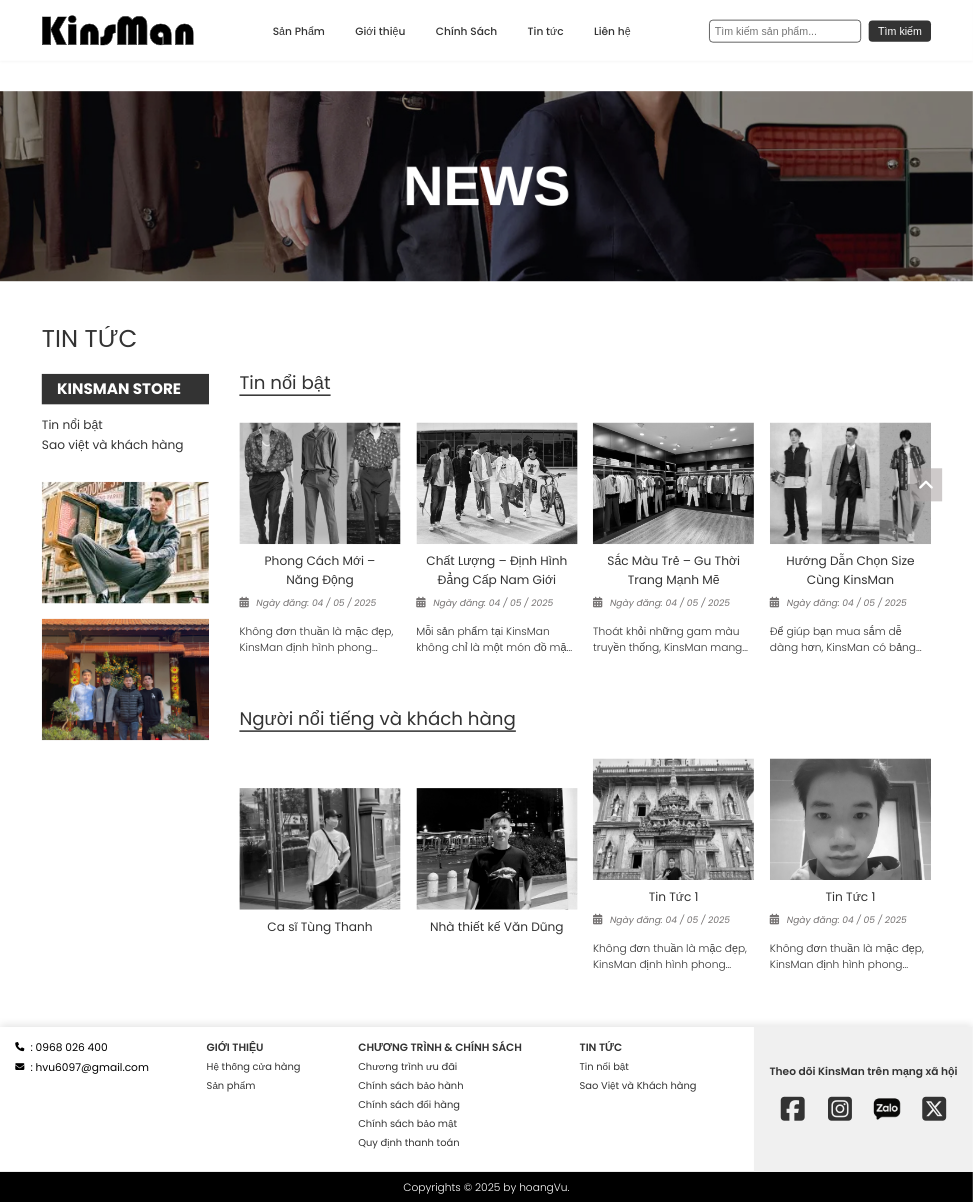
Repository: hoang28092000/kinsmanClothes
Page: category/news.html
These files come from the project's save history. The page is drawn as it stood at one moment and after the next save; the edit follows.
The browser window is 1280 px wide. The pictures show the whole page, at 76% of full size.

Above is the page before, as saved 2025-05-08 14:55:46.
Console error: TypeError: Cannot read properties of null (reading 'addEventListener')

### category/news.html
<!DOCTYPE html>
<html lang="en">
  <head>
    <meta charset="UTF-8" />
    <meta name="viewport" content="width=device-width, initial-scale=1.0" />
    <link rel="preconnect" href="https://fonts.googleapis.com" />
    <link rel="preconnect" href="https://fonts.gstatic.com" crossorigin />
    <link
      href="https://fonts.googleapis.com/css2?family=Poppins:ital,wght@0,100;0,200;0,300;0,400;0,500;0,600;0,700;0,800;0,900;1,100;1,200;1,300;1,400;1,500;1,600;1,700;1,800;1,900&display=swap"
      rel="stylesheet"
    />
    <link
      rel="stylesheet"
      href="https://cdnjs.cloudflare.com/ajax/libs/font-awesome/6.7.2/css/all.min.css"
      integrity="sha512-Evv84Mr4kqVGRNSgIGL/F/aIDqQb7xQ2vcrdIwxfjThSH8CSR7PBEakCr51Ck+w+/U6swU2Im1vVX0SVk9ABhg=="
      crossorigin="anonymous"
      referrerpolicy="no-referrer"
    />
    <link rel="stylesheet" href="../css/reset.css" />
    <link rel="stylesheet" href="../css/main.css" />
    <link rel="stylesheet" href="../css/product.css" />
    <title>KinsMan-Policy</title>
  </head>
  <body>
    <header class="header">
      <div class="container">
        <div class="content-header">
          <div class="logo">
            <a href="../index.html">
              <img
                src="../asset/logo/logo-kinsmann.svg"
                alt="KinsManClothes Logo"
              />
            </a>
          </div>
          <nav class="nav">
            <ul>
              <li><a href="./product.html">Sản Phẩm</a></li>
              <li><a href="./about-us.html">Giới thiệu</a></li>
              <li><a href="#">Chính Sách</a></li>
              <li><a href="./news.html">Tin tức</a></li>
              <li><a href="./contact.html">Liên hệ</a></li>
            </ul>
          </nav>
          <div class="search-box">
            <input type="text" placeholder="Tìm kiếm sản phẩm..." />
            <button type="submit">Tìm kiếm</button>
          </div>
        </div>
      </div>
    </header>

    <main class="main-news">
      <div class="banner-news">
        <img src="../asset/banner/banner-9.png" alt="" />
      </div>
      <div class="container">
        <h2 class="title-heading title-contact">TIN TỨC</h2>
        <div class="content-news">
          <div class="left">
            <h4>KINSMAN STORE</h4>
            <p>
              <a href="#featured-news">Tin nổi bật</a>
            </p>
            <p>
              <a href="#client">Sao việt và khách hàng</a>
            </p>
            <div class="mt40px">
              <div class="banner-left">
                <img src="../asset/image/md-1.jpg" alt="" />
              </div>
              <div class="banner-left">
                <img src="../asset/image/md-2.jpg" alt="" />
              </div>
            </div>
          </div>
          <div class="right">
            <div class="body-news" id="featured-news">
              <h3 class="blog-heading">Tin nổi bật</h3>
              <div class="list-news">
                <article class="card-news">
                  <a href="">
                    <div class="img-news">
                      <img src="../asset/image/news-4.png" alt="" />
                    </div>
                    <h3 class="name-news">
                      <a href=""> Phong Cách Mới – Năng Động </a>
                    </h3>
                  </a>
                  <div class="desc">
                    <div class="time-up">
                      <i class="fa-solid fa-calendar-days icon-time"></i>
                      <p class="desc-time">Ngày đăng: 04 / 05 / 2025</p>
                    </div>
                    <p class="desc_card-news">
                      Không đơn thuần là mặc đẹp, KinsMan định hình phong cách
                      mới cho nam giới hiện đại: trẻ trung, khỏe khoắn và luôn
                      sẵn sàng bứt phá. Từ áo thun basic đến sơ mi phối phá
                      cách, mọi thiết kế đều hướng tới sự năng động trong từng
                      chi tiết. Đặc biệt phù hợp với những chàng trai thích sự
                      đơn giản nhưng vẫn “ăn điểm” trước đám đông.
                    </p>
                  </div>
                </article>
                <article class="card-news">
                  <a href="">
                    <div class="img-news">
                      <img src="../asset/image/news-2.webp" alt="" />
                    </div>
                    <h3 class="name-news">
                      <a href=""> Chất Lượng – Định Hình Đẳng Cấp Nam Giới </a>
                    </h3>
                  </a>
                  <div class="desc">
                    <div class="time-up">
                      <i class="fa-solid fa-calendar-days icon-time"></i>
                      <p class="desc-time">Ngày đăng: 04 / 05 / 2025</p>
                    </div>
                    <p class="desc_card-news">
                      Mỗi sản phẩm tại KinsMan không chỉ là một món đồ mặc
                      ngoài, mà là một phần của giá trị cá nhân. Chất vải cao
                      cấp, form chuẩn và đường may tinh tế giúp tôn lên vóc dáng
                      nam tính. Đó là lý do vì sao KinsMan luôn được khách hàng
                      chọn mặt gửi vàng khi cần sự chỉn chu và đẳng cấp trong
                      từng set đồ – từ công sở đến tiệc tùng.
                    </p>
                  </div>
                </article>
                <article class="card-news">
                  <a href="">
                    <div class="img-news">
                      <img src="../asset/image/news-3.jpg" alt="" />
                    </div>
                    <h3 class="name-news">
                      <a href=""> Sắc Màu Trẻ – Gu Thời Trang Mạnh Mẽ </a>
                    </h3>
                  </a>
                  <div class="desc">
                    <div class="time-up">
                      <i class="fa-solid fa-calendar-days icon-time"></i>
                      <p class="desc-time">Ngày đăng: 04 / 05 / 2025</p>
                    </div>
                    <p class="desc_card-news">
                      Thoát khỏi những gam màu truyền thống, KinsMan mang đến bộ
                      sưu tập với tông màu hiện đại, trẻ trung nhưng không mất
                      đi vẻ mạnh mẽ. Từ xanh navy, beige, olive đến đen tuyền –
                      mỗi màu sắc đều phản ánh gu thẩm mỹ cá tính và phong cách
                      riêng của người mặc. Bạn muốn nổi bật nhưng không lố? Hãy
                      để sắc màu KinsMan giúp bạn làm điều đó.
                    </p>
                  </div>
                </article>
                <article class="card-news">
                  <a href="">
                    <div class="img-news">
                      <img src="../asset/image/news-1.jpeg" alt="" />
                    </div>
                    <h3 class="name-news">
                      <a href="">
                        Hướng Dẫn Chọn Size Cùng KinsMan
                      </a>
                    </h3>
                  </a>
                  <div class="desc">
                    <div class="time-up">
                      <i class="fa-solid fa-calendar-days icon-time"></i>
                      <p class="desc-time">Ngày đăng: 04 / 05 / 2025</p>
                    </div>
                    <p class="desc_card-news">
                      Để giúp bạn mua sắm dễ dàng hơn, KinsMan có bảng size
                      chuẩn quốc tế và đội ngũ hỗ trợ chọn size theo số đo cơ
                      thể. Chỉ cần biết chiều cao và cân nặng, bạn sẽ được tư
                      vấn ngay size phù hợp (S – M – L – XL...). Ngoài ra, nếu
                      không vừa, bạn có thể đổi size trong 7 ngày mà không mất
                      phí
                    </p>
                  </div>
                </article>
              </div>
            </div>
            <div class="body-news" id="client">
              <h3 class="blog-heading">Người nổi tiếng và khách hàng</h3>
              <div class="list-news">
                <article class="card-news">
                  <a href="">
                    <div class="img-news">
                      <img src="../asset/image/celep-1.jpg" alt="" />
                    </div>
                    <h3 class="name-news"><a href=""> Ca sĩ Tùng Thanh </a></h3>
                  </a>

                </article>
                <article class="card-news">
                  <a href="">
                    <div class="img-news">
                      <img src="../asset/image/celep-3.jpg" alt="" />
                    </div>
                    <h3 class="name-news"><a href=""> Nhà thiết kế Văn Dũng </a></h3>
                  </a>

                </article>
                <article class="card-news">
                  <a href="">
                    <div class="img-news">
                      <img src="../asset/image/celep-5.jpg" alt="" />
                    </div>
                    <h3 class="name-news"><a href=""> Tin Tức 1 </a></h3>
                  </a>
                  <div class="desc">
                    <div class="time-up">
                      <i class="fa-solid fa-calendar-days icon-time"></i>
                      <p class="desc-time">Ngày đăng: 04 / 05 / 2025</p>
                    </div>
                    <p class="desc_card-news">
                      Không đơn thuần là mặc đẹp, KinsMan định hình phong cách
                      mới cho nam giới hiện đại: trẻ trung, khỏe khoắn và luôn
                      sẵn sàng bứt phá. Từ áo thun basic đến sơ mi phối phá
                      cách, mọi thiết kế đều hướng tới sự năng động trong từng
                      chi tiết. Đặc biệt phù hợp với những chàng trai thích sự
                      đơn giản nhưng vẫn “ăn điểm” trước đám đông.
                    </p>
                  </div>
                </article>
                <article class="card-news">
                  <a href="">
                    <div class="img-news">
                      <img src="../asset/image/celep-7.jpg" alt="" />
                    </div>
                    <h3 class="name-news"><a href=""> Tin Tức 1 </a></h3>
                  </a>
                  <div class="desc">
                    <div class="time-up">
                      <i class="fa-solid fa-calendar-days icon-time"></i>
                      <p class="desc-time">Ngày đăng: 04 / 05 / 2025</p>
                    </div>
                    <p class="desc_card-news">
                      Không đơn thuần là mặc đẹp, KinsMan định hình phong cách
                      mới cho nam giới hiện đại: trẻ trung, khỏe khoắn và luôn
                      sẵn sàng bứt phá. Từ áo thun basic đến sơ mi phối phá
                      cách, mọi thiết kế đều hướng tới sự năng động trong từng
                      chi tiết. Đặc biệt phù hợp với những chàng trai thích sự
                      đơn giản nhưng vẫn “ăn điểm” trước đám đông.
                    </p>
                  </div>
                </article>
              </div>
            </div>
          </div>
        </div>
      </div>
    </main>
    <footer class="footer">
      <div class="content-footer">
        <ul class="info-footer">
          <li class="contact-footer">
            <i class="fa-solid fa-phone icon-footer"></i>
            <p>: 0968 026 400</p>
          </li>
          <li class="contact-footer">
            <i class="fa-solid fa-envelope icon-footer"></i>
            <p>: hvu6097@gmail.com</p>
          </li>
        </ul>
        <ul class="info-footer">
          <li class="title-footer">GIỚI THIỆU</li>
          <li>
            <a href="./about-us.html"> Hệ thống cửa hàng </a>
          </li>
          <li>
            <a href="#"> Sản phẩm </a>
          </li>
        </ul>
        <ul class="info-footer">
          <li class="title-footer">CHƯƠNG TRÌNH & CHÍNH SÁCH</li>
          <li>
            <a href="./policy.html">Chương trình ưu đãi</a>
          </li>
          <li>
            <a href="./policy.html">Chính sách bảo hành</a>
          </li>
          <li>
            <a href="./policy.html">Chính sách đổi hàng</a>
          </li>
          <li>
            <a href="./policy.html">Chính sách bảo mật</a>
          </li>
          <li>
            <a href="./policy.html">Quy định thanh toán</a>
          </li>
        </ul>
        <ul class="info-footer">
          <li class="title-footer">TIN TỨC</li>
          <li>
            <a href="./news.html">Tin nổi bật</a>
          </li>
          <li>
            <a href="./news.html">Sao Việt và Khách hàng</a>
          </li>
        </ul>
        <ul class="footer-social">
          <li class="title-footer">Theo dõi KinsMan trên mạng xã hội</li>
          <li class="links-social">
            <a href="https://www.facebook.com/profile.php?id=100008725181742">
              <i class="fa-brands fa-square-facebook icon-social"></i>
            </a>
            <a href="https://www.instagram.com/hoagkins/"
              ><i class="fa-brands fa-square-instagram icon-social"></i
            ></a>
            <a href="zalo.me/0968026400"
              ><img
                src="../asset/icon/icon-zalo2.png"
                class="img-zalo"
                alt="ZALO"
            /></a>
            <a href="https://x.com/kinsman2809"
              ><i class="fa-brands fa-square-x-twitter icon-social"></i
            ></a>
          </li>
        </ul>
      </div>
      <div class="copy_right">
        <h3>Copyrights © 2025 by hoangVu.</h3>
      </div>
    </footer>

    <div class="up-page">
      <a href="#"><i class="fa-solid fa-angle-up icon-up"></i></a>
    </div>

    <script src="./js/main.js"></script>
  </body>
</html>

### css/product.css
.main-product {
  margin-top: 80px;
}
.banner-product {
  width: 100%;
  height: 250px;
}
.banner-product img {
  width: 100%;
  height: 100%;
}
.category-product {
  margin-bottom: 70px;
}

.list-product {
  display: flex;
  justify-content: space-between;
  align-items: center;
  gap: 30px;
}
.product-link {
  text-decoration: none;
}
.product-card {
  width: 288px;
}
.img-product {
  width: 100%;
  height: 290px;
  overflow: hidden;
}
.img-product img {
  width: 100%;
  height: 100%;
  transition: transform 0.3s ease;
}
.img-product img:hover {
  transform: scale(1.1);
}
.info-card {
  padding: 10px 20px;
}
.info-card h3 {
  text-align: center;
  font-size: 1.6rem;
  color: var(--text-color);
}
.price {
  font-size: 1.4rem;
  color: var(--primary-color);
  font-weight: 600;
  text-align: center;
  margin-top: 8px;
}
.more-product {
  width: 160px;
  height: 40px;
  display: flex;
  justify-content: center;
  align-items: center;
  margin: 30px auto 0;
  background-color: #333;
  color: #fff;
  text-decoration: none;
  font-size: 1.4rem;
  border: 1px solid #333;
  transition: all 0.7s ease;
  border-radius: 5px;
}
.more-product:hover {
  background-color: #fff;
  color: #333;
}
.banner-main_second {
  width: 100%;
  height: 250px;
}

.banner-main_second img {
  width: 100%;
  height: 100%;
}

/* main_about-us */
.main-news,
.main-contact,
.main-policy,
.main_about-us {
  margin-top: 120px;
}
.content-policy .passage,
.content_about-us .passage {
  margin-bottom: 32px;
}
.content-policy h3,
.content_about-us h3 {
  font-size: 1.8rem;
  font-weight: 500;
  color: var(--text-color);
  line-height: 1.76;
  margin-bottom: 12px;
}
.content-policy p,
.content_about-us p {
  font-size: 1.6rem;
  color: #333;
  line-height: 1.85;
  margin-bottom: 10px;
  text-align: justify;
}

.map {
  position: relative;
  width: 100%;
  height: 400px;
  margin-top: 40px;
}
.map a {
  text-decoration: none;
}
.map img {
  width: 100%;
  height: 100%;
  object-fit: cover;
}
.overlay-map {
  position: absolute;
  top: 0;
  bottom: 0;
  right: 0;
  left: 0;
  display: none;
  background-color: rgba(73, 71, 71, 0.4);
}
.overlay-map h3 {
  font-size: 2.8rem;
  color: #fff;
}

.map:hover .overlay-map {
  display: flex;
  justify-content: center;
  align-items: center;
}

/* policy */
.content-policy ul {
  padding-left: 30px;
  list-style-type: disc;
}
.content-policy li {
  font-size: 1.6rem;
  color: #333;
  margin-bottom: 16px;
}
/* contact */
.banner-contact {
  width: 100%;
  height: 250px;
}
.banner-contact img {
  width: 100%;
  height: 100%;
  object-fit: cover;
}
.content-contact {
  margin-top: 70px;
}
.info-contact {
  display: flex;
  justify-content: space-between;
  align-items: center;
  gap: 60px;
}
.info-contact .left,
.info-contact .right {
  width: 550px;
}
.info-contact .left {
  padding: 20px 0;
}
.item-contact {
  display: flex;
  align-items: center;
  gap: 10px;
  margin-bottom: 20px;
}
.item-contact:last-child {
  margin-bottom: 0;
}
.item-contact i {
  font-size: 1.6rem;
  color: #333;
}
.item-contact p {
  font-size: 1.6rem;
  font-weight: 300;
  color: #333;
}

.info-contact .right img {
  width: 100%;
}
.map-contact {
  height: 250px;
}
.title-contact {
  text-align: start;
  margin-bottom: 30px;
}

/* news */
.banner-news {
  width: 100%;
  height: 250px;
  margin-bottom: 60px;
}
.banner-news img {
  width: 100%;
  height: 100%;
  object-fit: cover;
}
.content-news {
  display: flex;
  justify-content: space-between;
}
.content-news .left {
  width: 220px;
}

.content-news .left h4 {
  width: 100%;
  font-size: 2rem;
  color: #fff;
  font-weight: 700;
  background-color: #333;
  padding: 10px 20px;
  margin-bottom: 20px;
}

.content-news .left p{
  margin-bottom: 10px;
}
.content-news .left a {
  text-decoration: none;
  font-size: 1.6rem;
  color: #333;
}
.content-news .left a:hover {
  text-decoration: underline;
}

.content-news .right {
  flex: 1;
  margin-left: 40px;
}
.blog-heading {
  font-size: 2.4rem;
  color: #333;
  text-decoration: underline;
  text-underline-offset: 7px;
  text-decoration-thickness: 2px;
  margin-bottom: 40px;
}
.list-news {
  display: grid;
  grid-template-columns: repeat(4, 212px);
  gap: 20px;
}
.list-news .card-news {
  width: 100%;
}

.list-news .img-news {
  width: 100%;
  height: 160px;
  overflow: hidden;
}
.list-news .img-news img {
  width: 100%;
  height: 100%;
  object-fit: cover;
  transition: transform 0.3s ease;
}
.list-news .img-news img:hover {
  transform: scale(1.1);
}
.name-news {
  text-align: center;
  padding: 10px;
  line-height: 1.57;
}
.name-news a {
  font-size: 1.6rem;
  color: #333;
  text-decoration: none;
}

.name-news a:hover {
  color: var(--primary-color);
}
.time-up {
  display: flex;
  align-items: center;
  gap: 10px;
  margin-bottom: 20px;
}
.icon-time {
  font-size: 1.4rem;
  color: #757272;
}
.desc-time {
  font-style: italic;
  color: #757272;
  font-size: 1.2rem;
}
.desc_card-news {
  display: -webkit-box;
  -webkit-line-clamp: 2;
  -webkit-box-orient: vertical;
  overflow: hidden;
  text-overflow: ellipsis;
  font-size: 1.4rem;
  color: #333;
  font-weight: 300;
  line-height: 1.57;
}

#client{
  margin-top: 70px;
}
.content-news .banner-left{
  width: 100%;
  height: 160px;
  overflow: hidden;
  margin-bottom: 20px;
}

.content-news .banner-left img{
  width: 100%;
  height: 100%;
  object-fit: cover;
  transition: transform 0.3s ease;
}
.content-news .banner-left img:hover{
  transform: scale(1.1);
}
.mt40px{
  margin-top: 40px;
}

Loaded but not shown: css/reset.css (common file); js/main.js (19 lines, source omitted); css/main.css (480 lines, source omitted)

After the next save:
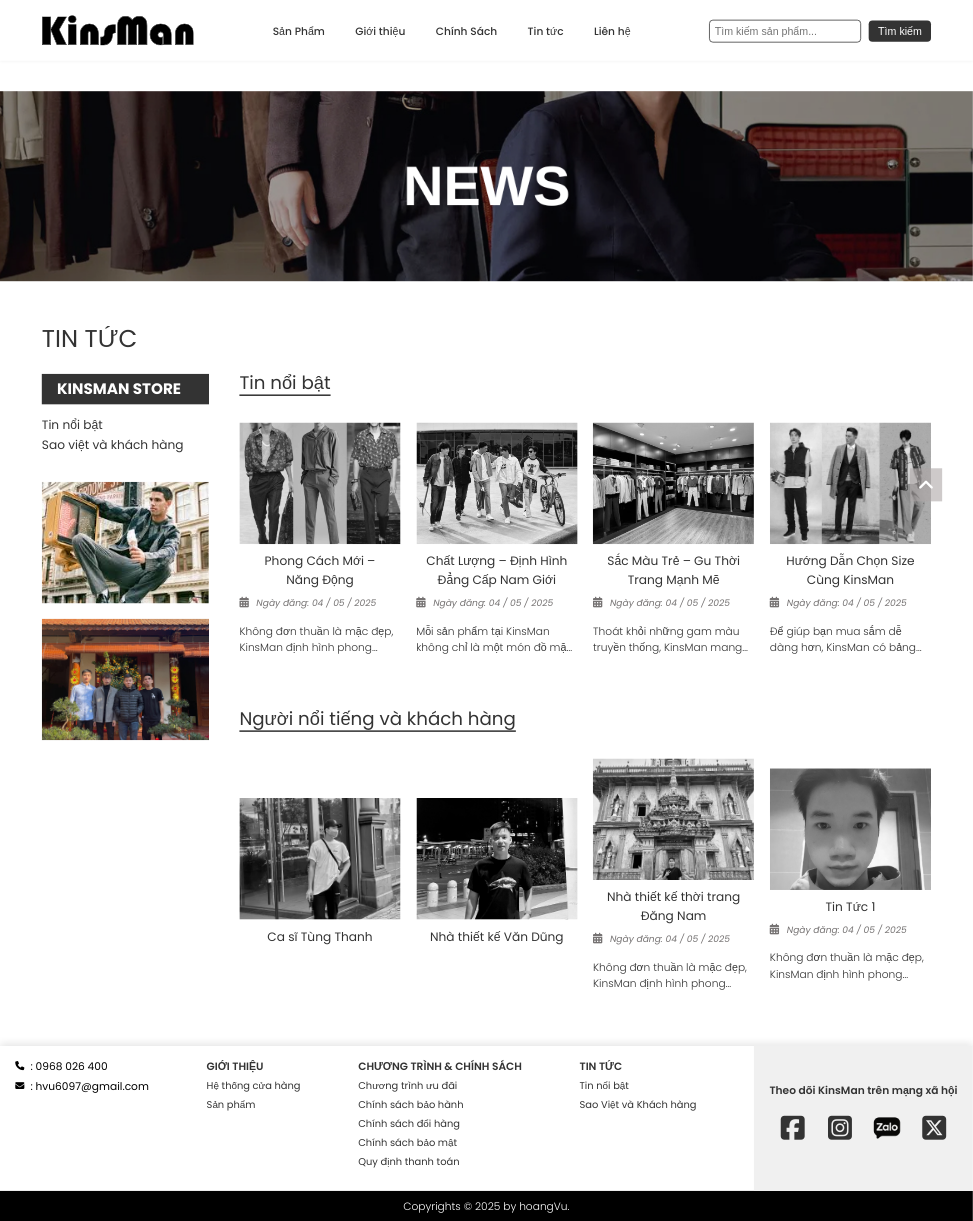
Saved 17 s later.
--- a/category/news.html
+++ b/category/news.html
@@ -204,7 +204,7 @@
                     <div class="img-news">
                       <img src="../asset/image/celep-5.jpg" alt="" />
                     </div>
-                    <h3 class="name-news"><a href=""> Tin Tức 1 </a></h3>
+                    <h3 class="name-news"><a href=""> Nhà thiết kế thời trang Đăng Nam </a></h3>
                   </a>
                   <div class="desc">
                     <div class="time-up">
